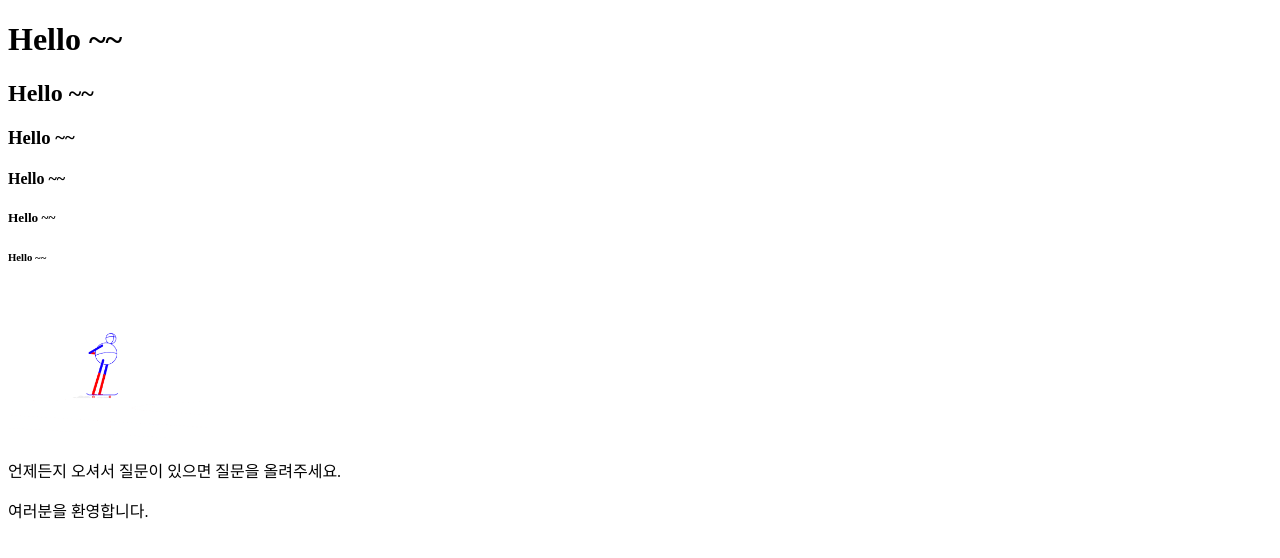
Repository: windy9109/FrontendClass
Page: webpro/src/main/webapp/code1/첫번째.html
These files come from the project's save history. The page is drawn as it stood at one moment and after the next save; the edit follows.
The browser window is 1280 px wide. The pictures show the whole page.

Above is the page before, as saved 2022-02-24 08:37:19.

After the next save:
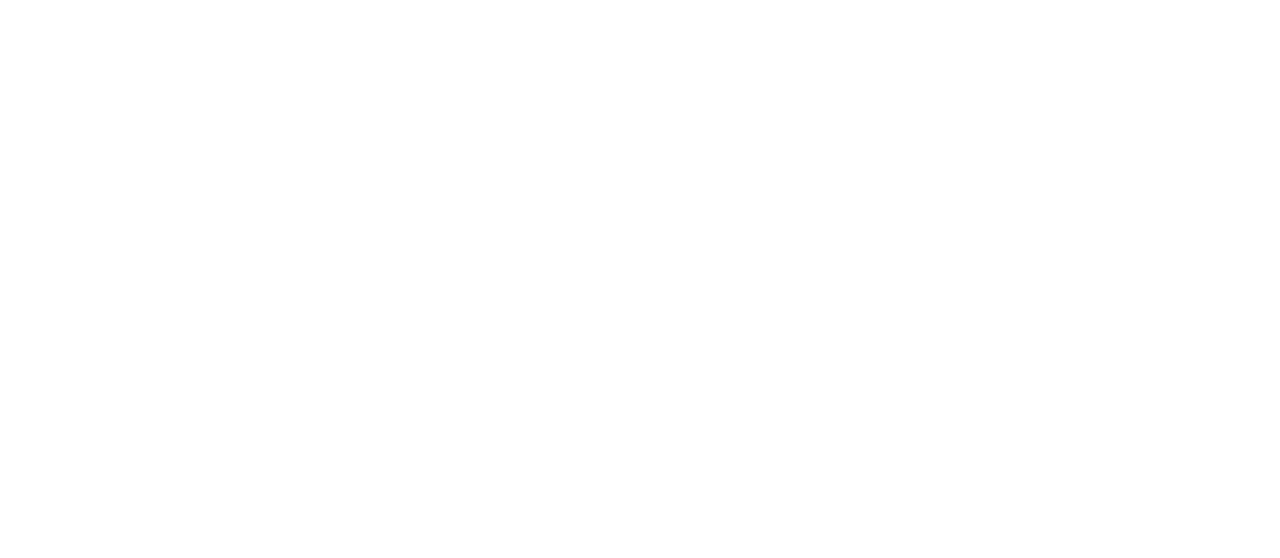
Saved 35 s later.
--- a/webpro/src/main/webapp/code1/첫번째.html
+++ b/webpro/src/main/webapp/code1/첫번째.html
@@ -3,6 +3,12 @@
 	<head>
 	<meta charset="UTF-8">
 		<title> 첫번째 </title>
+	<style>
+		img{
+			width: 200px;
+			height: 150px;
+		}
+	</stlye>
 	</head>
 
 	<body>
@@ -26,12 +32,7 @@
 		<p>언제든지 오셔서 질문이 있으면 질문을 올려주세요.</p>
 		<p>여러분을 환영합니다.</p>
 
-		<style>
-		img{
-			width: 200px;
-			height: 150px;
-		}
-		</stlye>
+
 
 	</body>
 </HTML>

After the 2 saves that followed:
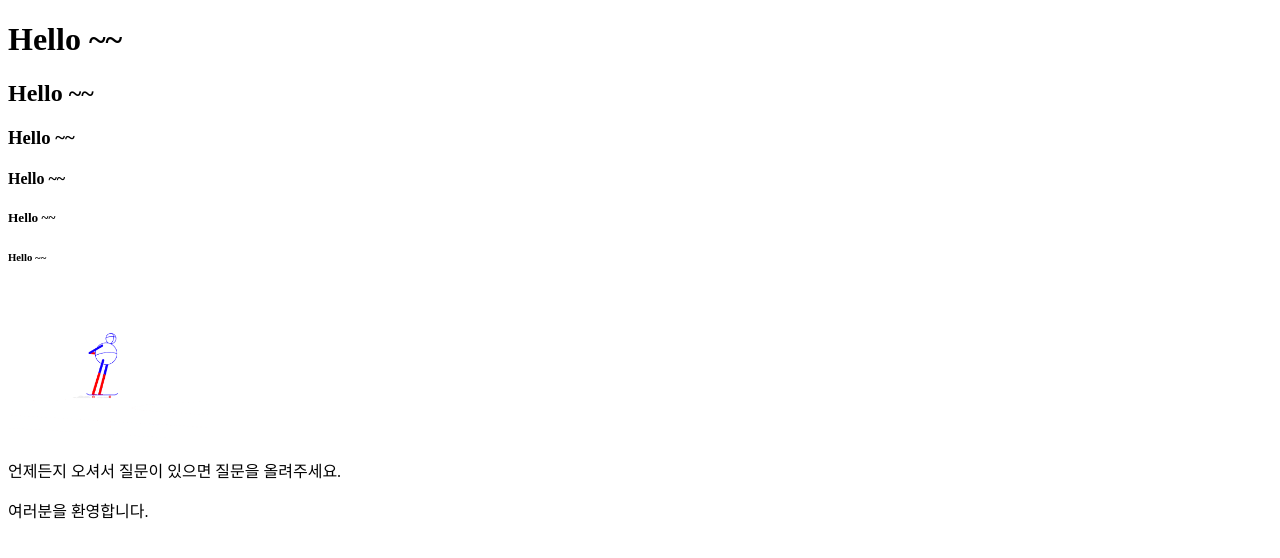
The 2 saves are shown as one change because 1 left the picture as it was.
The last was saved 69 s later.
--- a/webpro/src/main/webapp/code1/첫번째.html
+++ b/webpro/src/main/webapp/code1/첫번째.html
@@ -1,14 +1,14 @@
 <!DOCTYPE HTML>
 <HTML>
 	<head>
-	<meta charset="UTF-8">
-		<title> 첫번째 </title>
-	<style>
-		img{
-			width: 200px;
-			height: 150px;
-		}
-	</stlye>
+		<meta charset="UTF-8">
+			<title> 첫번째 </title>
+		<style>
+			img{
+				width: 200px;
+				height: 150px;
+			}
+		</style>
 	</head>
 
 	<body>
@@ -28,7 +28,7 @@
 		<h5>Hello ~~</h5>
 		<h6>Hello ~~</h6>
 
-		<img src="images/images01.gif" alt="이미지입니다">
+		<img src="/images/images01.gif" alt="이미지입니다">
 		<p>언제든지 오셔서 질문이 있으면 질문을 올려주세요.</p>
 		<p>여러분을 환영합니다.</p>
 
